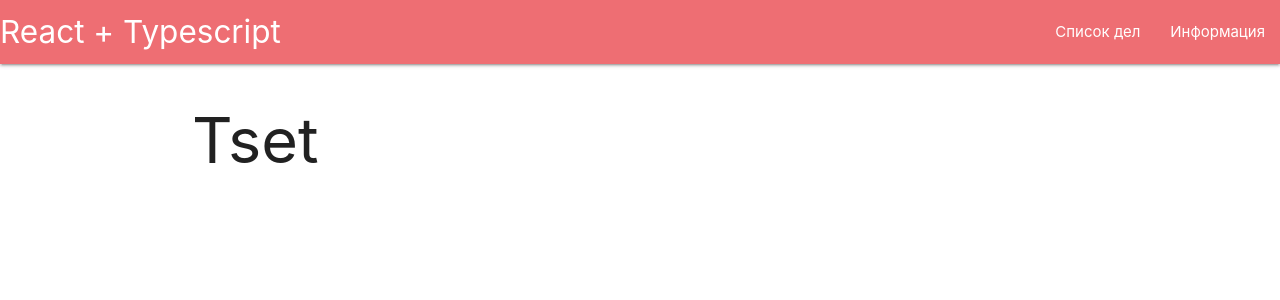
Repository: tsydikov/react_typescript_todo
Page: /
The author's editor kept a copy of each file at every save. The page is drawn from the files as they stood at one save, then again after the next save.
The browser window is 1280 px wide. The pictures show the whole page.
The project was rebuilt for these pictures with package versions that can differ from the ones it lists, and the page was loaded fresh each time.

Above is the page before, as saved 2021-08-11 17:38:06.

After the next save:
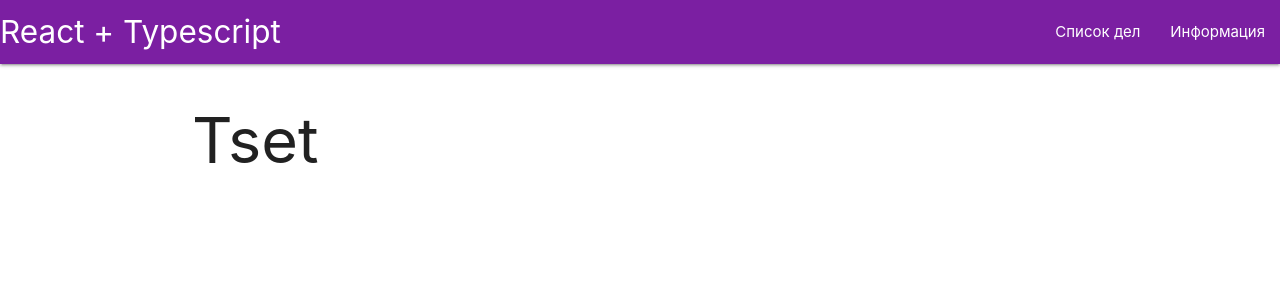
Saved 79 s later.
--- a/src/components/Navbar.tsx
+++ b/src/components/Navbar.tsx
@@ -2,7 +2,7 @@ import React from 'react'
 
 export const Navbar: React.FC = () => (
     <nav>
-    <div className="nav-wrapper">
+    <div className="nav-wrapper purple darken-2">
       <a href="#" className="brand-logo">React + Typescript</a>
       <ul className="right hide-on-med-and-down">
         <li><a href="/">Список дел</a></li>
